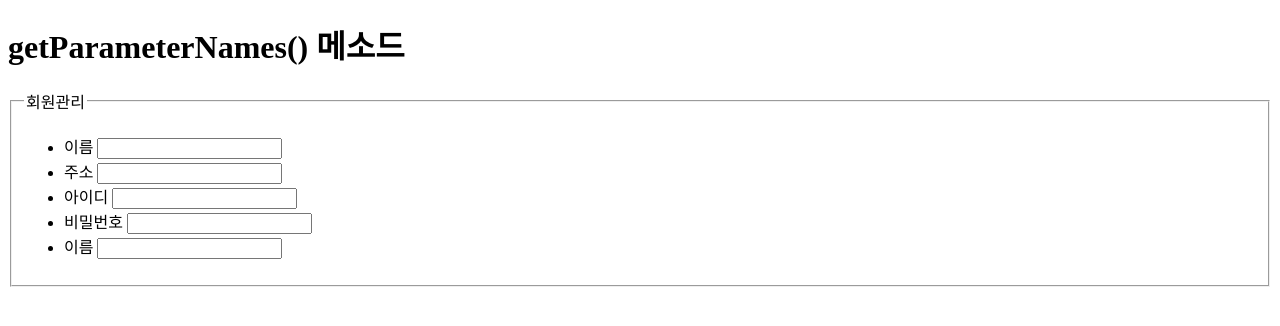
Repository: seminocoe/JSP_STUDY
Page: http://localhost/ServletProject/login/memberForm.jsp
An editor plug-in stored every save of this project. The page is shown before and after the next save, followed by the edit.
The browser window is 1280 px wide. The pictures show the whole page.
The page is served by Tomcat 9.

Above is the page before, as saved 2022-07-29 02:45:17.

After the next save:
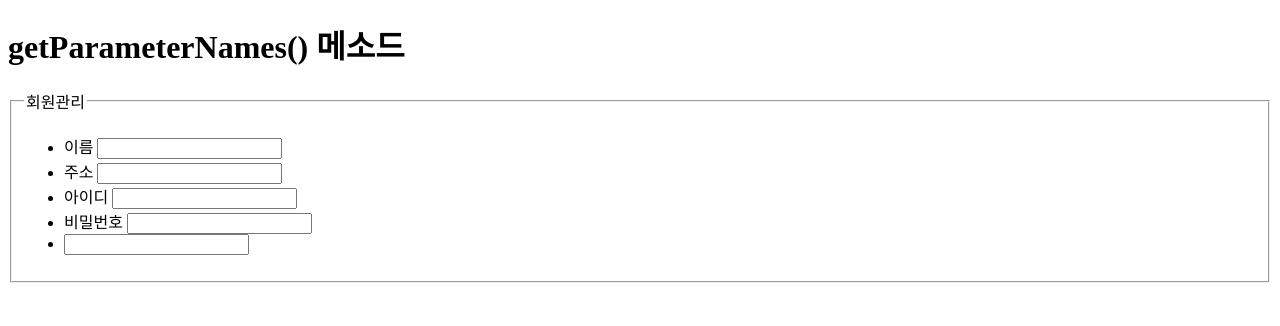
Saved 11 s later.
--- a/ServletProject/src/main/webapp/login/memberForm.jsp
+++ b/ServletProject/src/main/webapp/login/memberForm.jsp
@@ -33,8 +33,8 @@
 					</li>
 
 					<li>
-						<label for="username">이름</label>
-						<input type="text" name="username">
+						<label for=""></label>
+						<input type="text" name="">
 					</li>
 
 				</ul>
